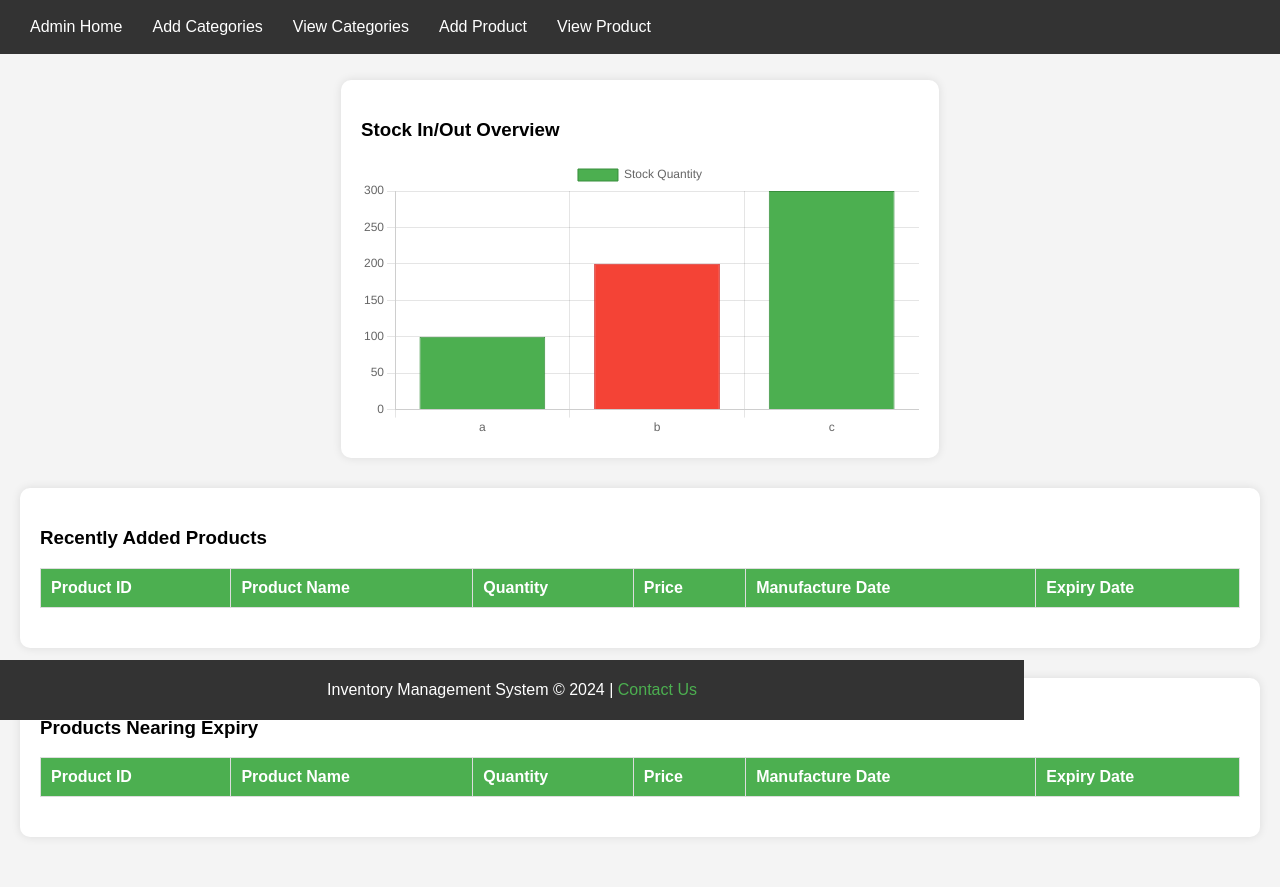
Repository: SimOneGraCias11/Montran_Training
Page: http://localhost/Project/adminHome.jsp
The author's editor kept a copy of each file at every save. The page is drawn from the files as they stood at one save, then again after the next save.
The browser window is 1280 px wide. The pictures show the whole page.
The page is served by Tomcat 9.

Above is the page before, as saved 2024-08-10 23:29:17.

After the next save:
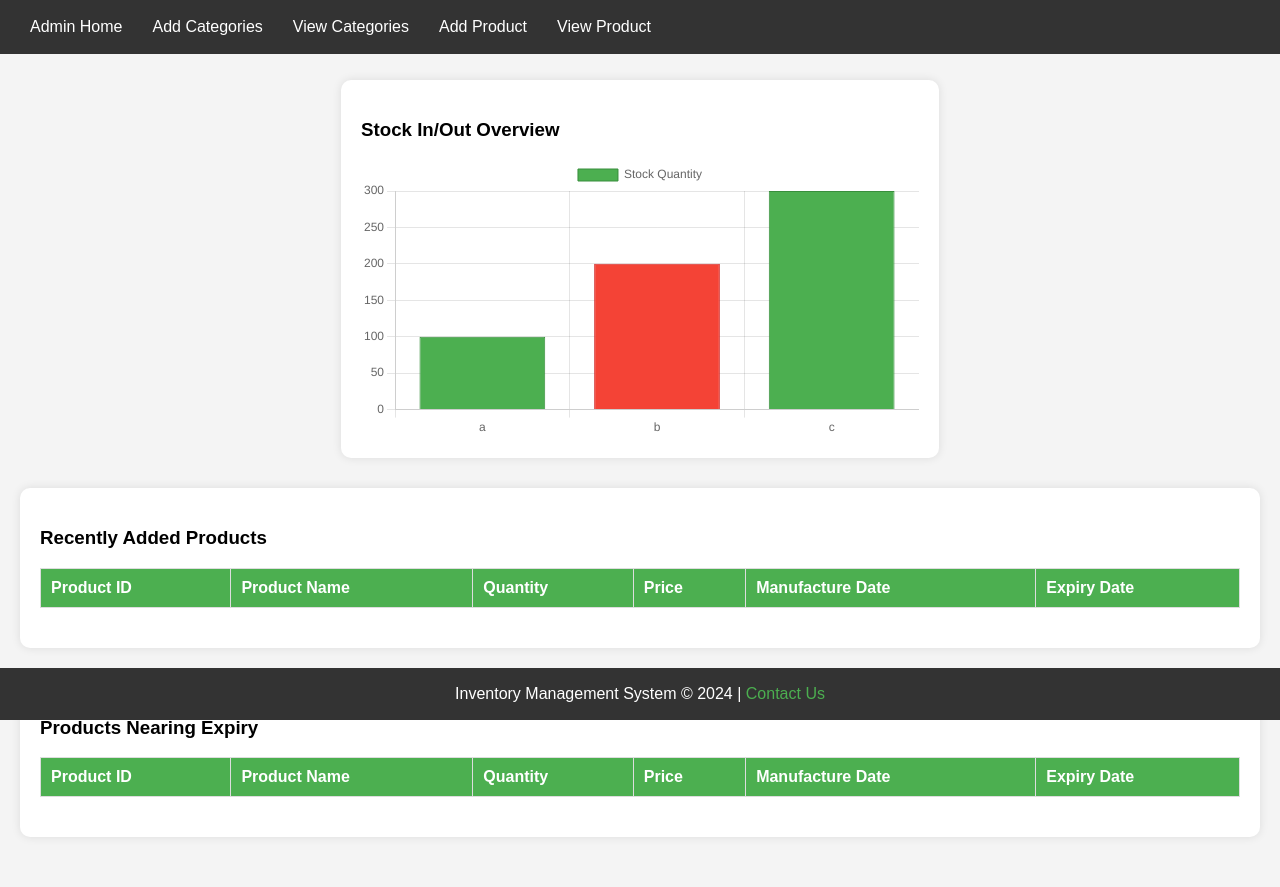
Saved 11 s later.
--- a/Project/src/main/webapp/footer.jsp
+++ b/Project/src/main/webapp/footer.jsp
@@ -9,12 +9,12 @@
 .footer{
 background-color:#333;
 color:white;
-padding:5px 10px;
+padding:1px 10px;
 text-align:center;
 position:fixed;
 left:0;
 bottom:0;
-width:80%;
+width:100%;
 box-sizing:border-box;
 
 }
